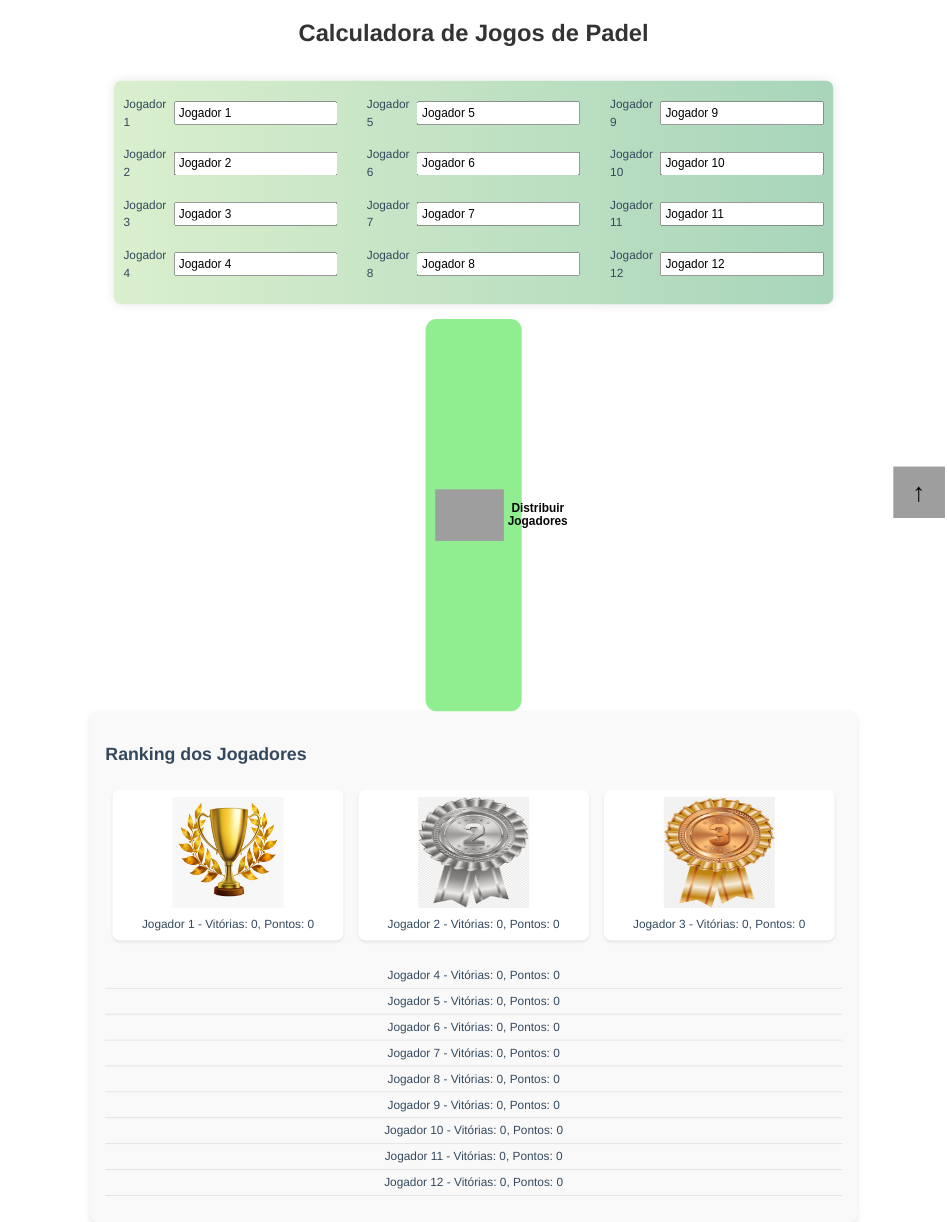
Repository: MarcioMiguel22/PadelMaster
Page: /calculadora
These files come from the project's save history. The page is drawn as it stood at one moment and after the next save; the edit follows.
The browser window is 1280 px wide. The pictures show the whole page, at 74% of full size.
Pictures or frames that could not be fetched are drawn as grey boxes. The project was rebuilt for these pictures with package versions that can differ from the ones it lists, and the page was loaded fresh each time. Also part of the build but not shown: vite.config.ts, src/pages/Home/Home.tsx, src/components/components_calculadora/Campo.tsx, src/components/components_calculadora/Jogo.tsx, src/pages/Player/playerComponent.tsx, src/index.css.

Above is the page before, as saved 2024-06-16 10:01:06.

### src/main.tsx
///home/marciomiguel/code/MarcioMiguel22/Sites/PadelMaster/src/main.tsx
import { render } from 'react-dom';
import { StrictMode } from 'react';
import App from './App';
import './index.css';

const root = document.getElementById('root')!;
render(
  <StrictMode>
    <App />
  </StrictMode>,
  root
);

### src/App.tsx

///home/marciomiguel/code/MarcioMiguel22/Sites/PadelMaster/src/App.tsx

import { BrowserRouter, Routes, Route } from 'react-router-dom';
import Home from './pages/Home/Home';
import Calculadora from './pages/Calculadora/Calculadora';
import PlayerComponent from './pages/Player/playerComponent';
function App() {
  return (
    <BrowserRouter>
      <Routes>
        <Route path="/" element={<Home />} />
        <Route path="/calculadora" element={<Calculadora />} /> // Wrap Calculadora component with curly braces
        <Route path="/player-component" element={<PlayerComponent />} />
      </Routes>
    </BrowserRouter>
  );
}

export default App

### src/pages/Home/Home.module.css
.padel-container {
  text-align: center;
  background-color: white;
  padding: 20px;
  border-radius: 10px;
  box-shadow: 0 0 10px rgba(0, 0, 0, 0.1);
}

h1 {
  color: #333;
  margin-bottom: 20px;
}

.padel-image {
  max-width: 50%;
  height: auto;
  border-radius: 10px;
  margin-bottom: 20px;
}

.enter-button {
  background-image: url('../../assets/images/tennis-ball.png'); /* Ensure the path is correct */
  background-size: cover;
  background-position: center;
  background-repeat: no-repeat;
  width: 60px;
  height: 60px;
  border: none;
  border-radius: 50%;
  cursor: pointer;
  padding: 0;
}

.enter-button:hover {
  transform: scale(1.1);
}

### src/pages/Calculadora/Calculadora.css
.calculadora-container {
  display: flex;
  flex-direction: column;
  align-items: center;
  gap: 20px;
}

.main-content {
  gap: 20px;
}

.jogadores-lista {
  background: linear-gradient(to right, #daefcd, #a8d5ba);
  display: flex;
  flex-direction: row;
  justify-content: center;
  gap: 40px;
  width: 90%;
  max-width: 1200px;
  margin: 0 auto;
  padding: 20px;
  border-radius: 10px;
  box-shadow: 0 0 15px rgba(0, 0, 0, 0.1);
}

.jogadores-coluna {
  display: flex;
  flex-direction: column;
  align-items: center;
  gap: 10px;
}

.jogador-item {
  display: flex;
  align-items: center;
  margin-bottom: 10px;
}

.jogador-item label {
  margin-right: 10px;
}

.jogador-item input {
  padding: 5px;
  font-size: 16px;
}

.jogador-input {
  margin-right: 5px;
  padding: 5px;
  font-size: 16px;
  border: 1px solid #ccc;
  border-radius: 5px;
}

.distribute-button, .scroll-to-top {
  background-color: #4CAF50;
  color: white;
  padding: 10px 20px;
  border: none;
  border-radius: 5px;
  cursor: pointer;
  font-size: 16px;
  margin-top: 10px;
}

.distribute-button:hover, .scroll-to-top:hover {
  background-color: #45a049;
}

.fields-container {
  display: flex;
  flex-direction: column;
  align-items: center;
  margin-top: 20px;
}

.jogo {
  margin-bottom: 40px;
}

.campos {
  display: flex;
  justify-content: space-around;
}

.field {
  background: linear-gradient(to right, #c3e8ad, #a8d5ba);
  padding: 40px;
  border-radius: 10px;
  box-shadow: 0 0 10px rgba(0, 0, 0, 0.1);
  width: 30%;
}

.field h2 {
  margin-top: 0;
}

.team {
  list-style-type: none;
  padding: 5px;
  background-color: #fff;
  margin: 5px 0;
  border-radius: 5px;
  box-shadow: 0 0 5px rgba(0, 0, 0, 0.1);
  width: fit-content; /* Ajuste o valor conforme necessário */
}

.team.vencedor {
  background-color: #d4edda; /* Verde claro */
}

.team.perdedor {
  background-color: #f8d7da; /* Vermelho claro */
}

.team div {
  display: flex;
  align-items: center;
}

.team input.resultado-input {
  margin-left: 10px;
  width: 45px;
  padding: 5px;
  font-size: 16px;
}

.ranking-container {
  margin-top: 40px;
}

.ranking-container h2 {
  margin-bottom: 10px;
}

.ranking-container ul {
  list-style-type: none;
  padding: 0;
}

.ranking-container li {
  margin: 5px 0;
}



/* Media Queries para Mobile */
@media screen and (max-width: 767px) {
  .jogadores-lista {
    flex-direction: column;
    align-items: center;
    gap: 20px;
    padding: 10px;
  }

  .field {
    width: 80%;
    margin-bottom: 20px;
  }

  .campos {
    flex-direction: column;
    align-items: center;
    gap: 20px;
  }

  .distribute-button, .scroll-to-top {
    width: 100%;
    font-size: 14px;
    padding: 8px 16px;
  }

  .team div {
    flex-direction: column;
    align-items: flex-start;
  }

  .team input.resultado-input {
    margin-left: 0;
    margin-top: 5px;
  }
  .ranking-container {
    flex-flow: column;
    margin-top: 40px;
  }

  .ranking-container h2 {
    margin-bottom: 10px;
  }

  .ranking-container ul {
    list-style-type: none;
    padding: 0;
  }

  .ranking-container li {
    margin: 5px 0;
  }
}

/* Media Queries para Mobile */
@media screen and (max-width: 479px) {
  .jogadores-lista {
    flex-direction: column;
    align-items: center;
    gap: 20px;
    padding: 10px;
  }

  .field {
    width: 80%;
    margin-bottom: 20px;
  }

  .campos {
    flex-direction: column;
    align-items: center;
    gap: 20px;
  }

  .distribute-button, .scroll-to-top {
    width: 100%;
    font-size: 14px;
    padding: 8px 16px;
  }

  .team div {
    flex-direction: column;
    align-items: flex-start;
  }

  .team input.resultado-input {
    margin-left: 0;
    margin-top: 5px;
  }
  .ranking-container {
    flex-flow: column;
    margin-top: 40px;
  }

  .ranking-container h2 {
    margin-bottom: 10px;
  }

  .ranking-container ul {
    list-style-type: none;
    padding: 0;
  }

  .ranking-container li {
    margin: 5px 0;
  }
}

### src/components/components_calculadora/JogadoresLista.tsx
import React from 'react';
import JogadorItem from './JogadorItem';
import { Jogador } from '../../utils/types/types'; // Importando o tipo Jogador

interface JogadoresListaProps {
  jogadores: Jogador[];
  handleNomeChange: (id: number, novoNome: string) => void;
}

const JogadoresLista: React.FC<JogadoresListaProps> = ({ jogadores, handleNomeChange }) => (
  <div className="jogadores-lista">
    {Array.from({ length: 3 }, (_, i) => (
      <div className="jogadores-coluna" key={i}>
        {jogadores.slice(i * 4, (i + 1) * 4).map(jogador => (
          <JogadorItem
            key={jogador.id}
            jogador={jogador}
            handleNomeChange={handleNomeChange}
          />
        ))}
      </div>
    ))}
  </div>
);

export default JogadoresLista;

### src/components/components_calculadora/Ranking.tsx
import React from 'react';
import ouro from '../../assets/images/ouro.png';
import prata from '../../assets/images/prata.png';
import bronze from '../../assets/images/bronze.png';
import styles from './Ranking.module.css';

interface Jogador {
  id: number;
  nome: string;
  vitorias: number;
  pontos: number;
}

interface RankingProps {
  jogadoresClassificados: Jogador[];
}

const Ranking: React.FC<RankingProps> = ({ jogadoresClassificados }) => {
  const top3 = jogadoresClassificados.slice(0, 3);
  const outrosJogadores = jogadoresClassificados.slice(3);

  const medalhas = [ouro, prata, bronze];

  return (
    <div className={styles.rankingContainer}>
      <h2>Ranking dos Jogadores</h2>
      <div className={styles.top3Container}>
        {top3.map((jogador, index) => (
          <div key={jogador.id} className={styles.top3Item}>
            <img src={medalhas[index]} alt={`Medalha de ${index + 1}`} className={styles.medalha} />
            {jogador.nome} - Vitórias: {jogador.vitorias}, Pontos: {jogador.pontos}
          </div>
        ))}
      </div>
      <ul className={styles.outrosJogadores}>
        {outrosJogadores.map((jogador) => (
          <li key={jogador.id}>
            {jogador.nome} - Vitórias: {jogador.vitorias}, Pontos: {jogador.pontos}
          </li>
        ))}
      </ul>
    </div>
  );
};

export default Ranking;

### src/components/components_calculadora/logic/gameLogic.ts
import { Jogador, Campo as CampoType } from '../../../utils/types/types';

export const separarDuplas = (jogadores: Jogador[]): Jogador[] => {
  const separados: Jogador[] = [];
  while (jogadores.length) {
    const [jogador1, jogador2] = jogadores.splice(0, 2);
    separados.push(jogador1);
    if (jogador2) separados.push(jogador2);
  }
  return separados;
};

export const iniciarProximoJogo = (jogos: CampoType[][], setJogos: React.Dispatch<React.SetStateAction<CampoType[][]>>) => {
  const ultimoJogo = jogos[jogos.length - 1];
  const novosCampos: CampoType[] = [
    { id: 1, times: [] },
    { id: 2, times: [] },
    { id: 3, times: [] },
  ];

  const campo1 = ultimoJogo.find(campo => campo.id === 1);
  const campo2 = ultimoJogo.find(campo => campo.id === 2);
  const campo3 = ultimoJogo.find(campo => campo.id === 3);

  if (campo1 && campo2 && campo3) {
    const [time1Campo1, time2Campo1] = campo1.times;
    const [time1Campo2, time2Campo2] = campo2.times;
    const [time1Campo3, time2Campo3] = campo3.times;

    // Vencedores e perdedores dos campos
    const vencedoresCampo1 = time1Campo1.resultado > time2Campo1.resultado ? time1Campo1.jogadores : time2Campo1.jogadores;
    const perdedoresCampo1 = time1Campo1.resultado > time2Campo1.resultado ? time2Campo1.jogadores : time1Campo1.jogadores;

    const vencedoresCampo2 = time1Campo2.resultado > time2Campo2.resultado ? time1Campo2.jogadores : time2Campo2.jogadores;
    const perdedoresCampo2 = time1Campo2.resultado > time2Campo2.resultado ? time2Campo2.jogadores : time1Campo2.jogadores;

    const vencedoresCampo3 = time1Campo3.resultado > time2Campo3.resultado ? time1Campo3.jogadores : time2Campo3.jogadores;
    const perdedoresCampo3 = time1Campo3.resultado > time2Campo3.resultado ? time2Campo3.jogadores : time1Campo3.jogadores;

    // Atualizar pontuação dos jogadores
    const margemVitoriaCampo1 = Math.abs(time1Campo1.resultado - time2Campo1.resultado);
    const margemVitoriaCampo2 = Math.abs(time1Campo2.resultado - time2Campo2.resultado);
    const margemVitoriaCampo3 = Math.abs(time1Campo3.resultado - time2Campo3.resultado);

    vencedoresCampo1.forEach(jogador => {
      jogador.vitorias += 1;
      jogador.pontos += margemVitoriaCampo1;
    });

    vencedoresCampo2.forEach(jogador => {
      jogador.vitorias += 1;
      jogador.pontos += margemVitoriaCampo2;
    });

    vencedoresCampo3.forEach(jogador => {
      jogador.vitorias += 1;
      jogador.pontos += margemVitoriaCampo3;
    });

    // Campo 1: vencedores do campo 1 e vencedores do campo 2
    novosCampos[0].times.push(
      { jogadores: [vencedoresCampo1[0], vencedoresCampo2[0]], resultado: 0 },
      { jogadores: [vencedoresCampo1[1], vencedoresCampo2[1]], resultado: 0 }
    );

    // Campo 2: perdedores do campo 1 e vencedores do campo 3
    novosCampos[1].times.push(
      { jogadores: [perdedoresCampo1[0], vencedoresCampo3[0]], resultado: 0 },
      { jogadores: [perdedoresCampo1[1], vencedoresCampo3[1]], resultado: 0 }
    );

    // Campo 3: perdedores do campo 2 e perdedores do campo 3
    novosCampos[2].times.push(
      { jogadores: [perdedoresCampo2[0], perdedoresCampo3[0]], resultado: 0 },
      { jogadores: [perdedoresCampo2[1], perdedoresCampo3[1]], resultado: 0 }
    );
  }

  setJogos([...jogos, novosCampos]);
};

### src/components/components_calculadora/ScrollToTopButton.tsx
import React from 'react';
import tennisBall from '../../assets/images/tennis-ball.png';
import styles from './ScrollToTopButton.module.css'; // Importando o arquivo CSS Module

const ScrollToTopButton: React.FC = () => {
  const scrollToTop = () => {
    window.scrollTo({ top: 0, behavior: 'smooth' });
  };

  return (
    <button onClick={scrollToTop} className={styles.scrollToTop}>
      <img src={tennisBall} alt="Tennis Ball" className={styles.tennisBall} />
      <span className={styles.arrowUp}>↑</span>
    </button>
  );
};

export default ScrollToTopButton;

### src/components/components_calculadora/DistributeButton.tsx
import React from 'react';
import tennisBall from '../../assets/images/tennis-ball.png';
import styles from './DistributeButton.module.css'; // Importando o arquivo CSS Module

const DistributeButton: React.FC<{ onClick: () => void }> = ({ onClick }) => {
  return (
    <div className={styles.container}>
      <button onClick={onClick} className={styles.distributeButton}>
        <img src={tennisBall} alt="Tennis Ball" className={styles.tennisBall} />
        <span className={styles.label}>Distribuir Jogadores</span>
      </button>
    </div>
  );
};

export default DistributeButton;

### src/pages/Player/playerComponent.module.css
/* playerComponent.module.css */

/* Root Variables */
:root {
  --primary-color: #2c3e50;
  --secondary-color: #ecf0f1;
  --accent-color: #e74c3c;
  --text-color: #34495e;
  --background-color: #ffffff;
  --border-color: #bdc3c7;
  --link-color: #2980b9;
  --font-family: 'Helvetica Neue', Arial, sans-serif;
  --font-size: 16px;
  --line-height: 1.5;
}

body {
  font-family: var(--font-family);
  font-size: var(--font-size);
  line-height: var(--line-height);
  color: var(--text-color);
  background-color: var(--background-color);
  margin: 0;
  padding: 0;
}

.navigation-bar {
  background-color: var(--primary-color);
  color: var(--secondary-color);
  padding: 10px 0;
}

.container {
  width: 90%;
  max-width: 1200px;
  margin: 0 auto;
  display: flex;
  justify-content: space-between;
  align-items: center;
}

.nav-brand .site-name {
  font-size: 24px;
  font-weight: bold;
  color: var(--secondary-color);
}

.navigation-menu {
  display: flex;
  gap: 15px;
}

.navigation-link {
  color: var(--secondary-color);
  text-decoration: none;
  font-size: 18px;
}

.navigation-link:hover {
  color: var(--accent-color);
}

.menu-button .nav-icon-menu {
  width: 30px;
  height: 3px;
  background-color: var(--secondary-color);
  margin: 5px 0;
}

.content-wrapper {
  padding: 20px 0;
}

.row {
  display: flex;
}

.sidebar {
  width: 25%;
}

.content-column {
  width: 75%;
}

.white-wrapper {
  background-color: var(--background-color);
  padding: 20px;
  border: 1px solid var(--border-color);
  border-radius: 10px;
}

.circle-profile {
  width: 100px;
  height: 100px;
  border-radius: 50%;
  display: block;
  margin: 0 auto 10px;
}

.site-description {
  text-align: center;
  margin: 10px 0;
}

.grey-rule {
  height: 1px;
  background-color: var(--border-color);
  margin: 20px 0;
}

.small-heading {
  font-size: 18px;
  font-weight: bold;
  color: var(--text-color);
  margin-bottom: 10px;
}

.feature-posts-list .post-item {
  margin-bottom: 10px;
}

.small-post-link {
  text-decoration: none;
  color: var(--link-color);
  font-size: 16px;
}

.small-post-link:hover {
  color: var(--accent-color);
}

.social-link-group {
  display: flex;
  justify-content: space-around;
  margin: 20px 0;
}

.social-icon-link img {
  width: 25px;
  height: 25px;
}

.built-with-webflow {
  text-align: center;
  margin-top: 10px;
  font-size: 14px;
}

.webflow-link {
  color: var(--link-color);
  text-decoration: none;
}

.webflow-link:hover {
  color: var(--accent-color);
}

.post-wrapper {
  background-color: var(--background-color);
  padding: 20px;
  border: 1px solid var(--border-color);
  border-radius: 10px;
  margin-bottom: 20px;
}

.post-content .row {
  display: flex;
}

.blog-image {
  display: block;
  width: 100%;
  height: auto;
  background-color: var(--border-color);
  text-align: center;
  padding: 20px;
  color: var(--text-color);
  text-decoration: none;
  font-size: 16px;
}

.blog-title-link {
  text-decoration: none;
  color: var(--text-color);
}

.blog-title-link:hover {
  color: var(--accent-color);
}

.blog-title {
  font-size: 24px;
  margin: 0 0 10px;
}

.details-wrapper {
  display: flex;
  align-items: center;
  gap: 10px;
  margin-bottom: 10px;
}

.post-info {
  font-size: 14px;
  color: var(--text-color);
}

.when-link {
  text-decoration: none;
  color: var(--link-color);
}

.when-link:hover {
  color: var(--accent-color);
}

.post-summary-wrapper {
  margin-bottom: 10px;
}

.post-summary {
  font-size: 16px;
  color: var(--text-color);
}

.read-more-link {
  text-decoration: none;
  color: var(--link-color);
  font-size: 14px;
}

.read-more-link:hover {
  color: var(--accent-color);
}

.button-wrapper {
  text-align: center;
  margin-top: 20px;
}

.button {
  background-color: var(--primary-color);
  color: var(--secondary-color);
  border: none;
  padding: 10px 20px;
  border-radius: 5px;
  font-size: 16px;
  cursor: pointer;
  transition: background-color 0.3s;
}

.button:hover {
  background-color: var(--accent-color);
}

.sidebar-on-mobile {
  display: none;
}

@media (max-width: 768px) {
  .row {
    flex-direction: column;
  }

  .sidebar {
    display: none;
  }

  .content-column {
    width: 100%;
  }

  .sidebar-on-mobile {
    display: block;
    margin-top: 20px;
  }
}

### src/components/components_calculadora/JogadorItem.tsx
import React from 'react';
import { Jogador } from '../../utils/types/types'; // Importando o tipo Jogador

interface JogadorItemProps {
  jogador: Jogador;
  handleNomeChange: (id: number, novoNome: string) => void;
}

const JogadorItem: React.FC<JogadorItemProps> = ({ jogador, handleNomeChange }) => (
  <div className="jogador-item">
    <label>{`Jogador ${jogador.id}`}</label>
    <input
      type="text"
      value={jogador.nome}
      onChange={(e) => handleNomeChange(jogador.id, e.target.value)}
    />
  </div>
);

export default JogadorItem;

### src/components/components_calculadora/Ranking.module.css
.rankingContainer {
  padding: 20px;
  background-color: #f9f9f9;
  border-radius: 10px;
  box-shadow: 0 4px 8px rgba(0, 0, 0, 0.1);
}

.top3Container {
  display: flex;
  justify-content: space-around;
  margin-bottom: 20px;
  flex-wrap: wrap; /* Ensure items wrap in smaller screens */
}

.top3Item {
  display: flex;
  flex-direction: column;
  align-items: center;
  padding: 10px;
  background-color: #ffffff;
  border-radius: 10px;
  box-shadow: 0 2px 4px rgba(0, 0, 0, 0.1);
  text-align: center;
  margin: 10px; /* Added margin to ensure spacing between items */
  flex-basis: calc(33.33% - 20px); /* Ensure items take equal width, minus margins */
  box-sizing: border-box; /* Ensure padding is included in the element's width */
}

.medalha {
  width: 150px;
  height: 150px;
  margin-bottom: 10px;
  transition: transform 0.3s ease-in-out;
  object-fit: initial;
  background-color: transparent;
}

.medalha:hover {
  transform: scale(1.2);
  animation: pulse 1s infinite;
}

@keyframes pulse {
  0% {
    transform: scale(1.2);
  }
  50% {
    transform: scale(1.25);
  }
  100% {
    transform: scale(1.2);
  }
}

.outrosJogadores {
  list-style-type: none;
  padding: 0;
}

.outrosJogadores li {
  padding: 5px 0;
  border-bottom: 1px solid #ddd;
  text-align: center;
}

/* Media Queries for Smaller Screens */
@media screen and (max-width: 767px) {
  .top3Item {
    flex-basis: calc(50% - 20px); /* Two items per row on smaller screens */
  }
}

@media screen and (max-width: 479px) {
  .top3Item {
    flex-basis: 100%; /* One item per row on the smallest screens */
  }
}

### src/components/components_calculadora/ScrollToTopButton.module.css
.scrollToTop {
  position: fixed;
  bottom: 20px;
  left: 97%;
  transform: translateX(-50%);
  width: 70px;
  height: 70px;
  border: none;
  background: none;
  cursor: pointer;
  display: flex;
  align-items: center;
  justify-content: center;
}

.tennisBall {
  width: 100%;
  height: 100%;
  position: absolute;
}

.arrowUp {
  position: absolute;
  font-size: 35px;
  color: rgb(5, 5, 5);
  font-weight: bold;
  z-index: 1;
}

### src/components/components_calculadora/DistributeButton.module.css
.container {
  width: 100px;
  height: 500px;
  background-color: lightgreen;
  padding: 15px;
  border-radius: 15px;
  display: flex;
  justify-content: center;
  align-items: center;
}

.distributeButton {
  bottom: 100px; /* Ajuste a posição conforme necessário */
  left: 50%;
  transform: translateX(20%);
  width: auto;
  height: 70px;
  border: none;
  background: none;
  cursor: pointer;
  display: flex;
  align-items: center;
  justify-content: center;
  flex-direction: row; /* Altera para linha */
}

.tennisBall {
  width: 100px;
  height: 70px;

}

.label {
  font-size: 16px;
  color: rgb(5, 5, 5);
  font-weight: bold;
  margin-left: 2px; /* Espaço entre a bola e o texto */
}

Loaded but not shown: index.html (common file); src/pages/Calculadora/Calculadora.tsx (142 lines, source omitted)

After the next save:
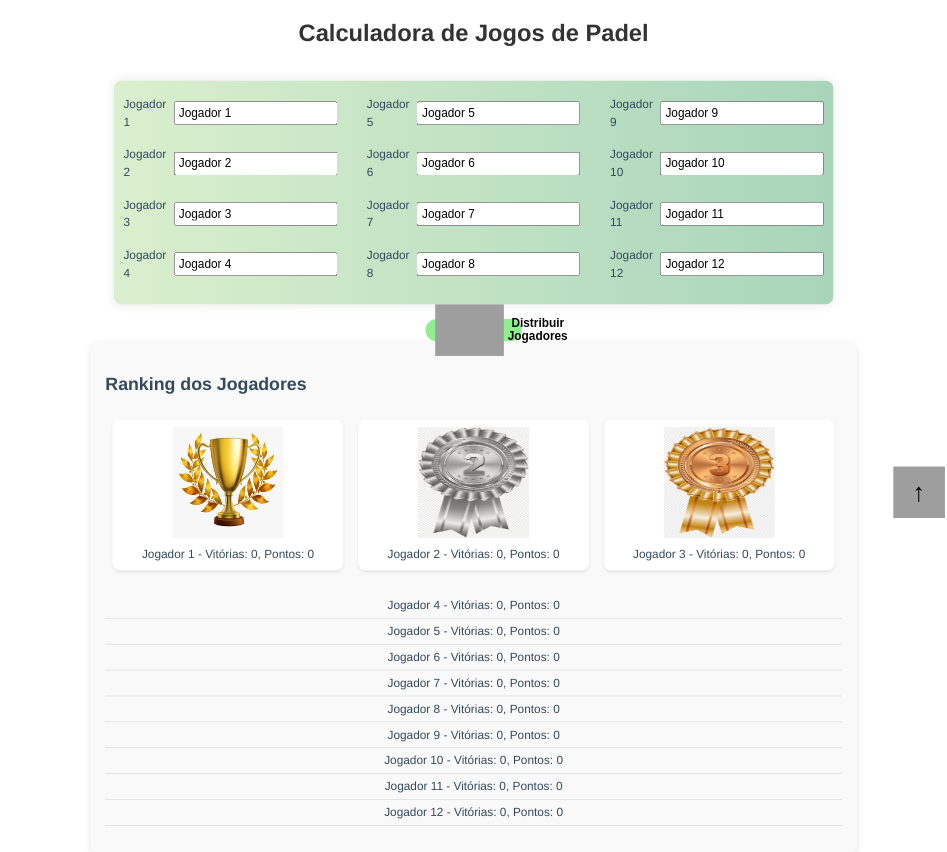
Saved 7 s later.
--- a/src/components/components_calculadora/DistributeButton.module.css
+++ b/src/components/components_calculadora/DistributeButton.module.css
@@ -1,6 +1,6 @@
 .container {
   width: 100px;
-  height: 500px;
+  height: 0px;
   background-color: lightgreen;
   padding: 15px;
   border-radius: 15px;
